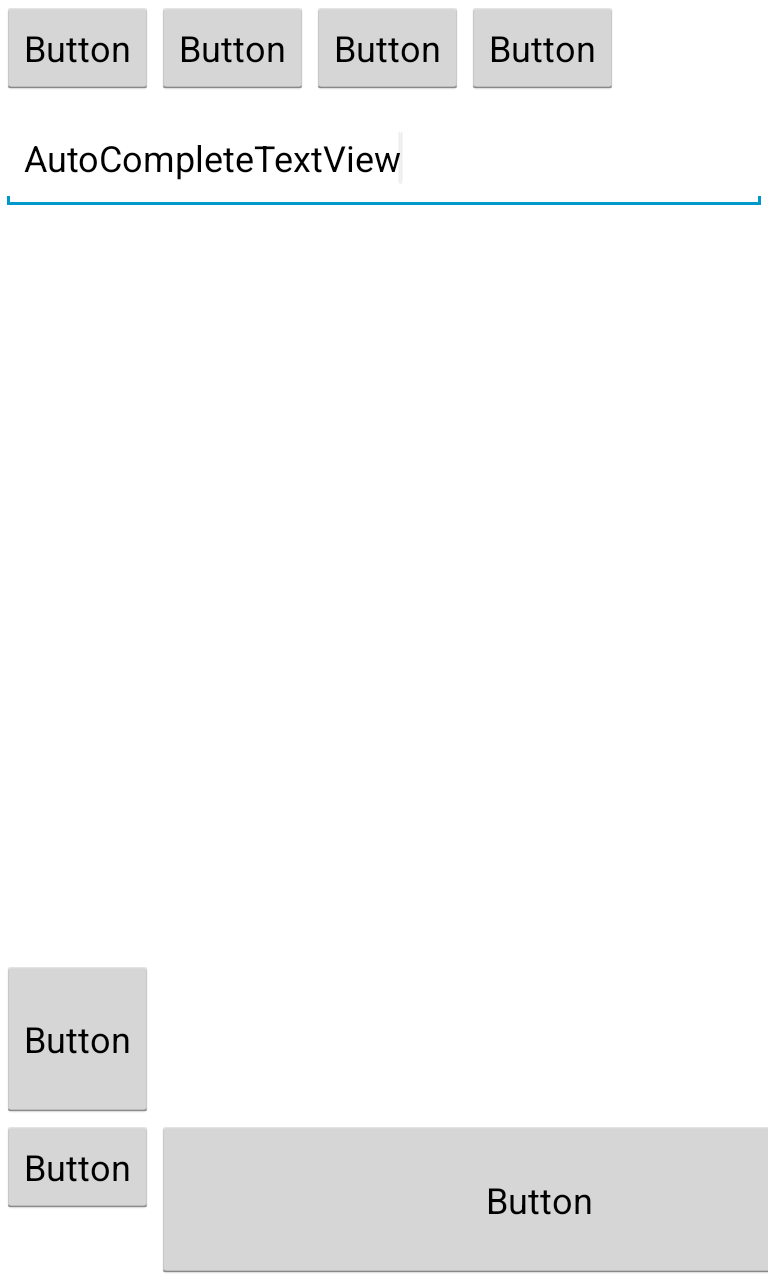
Repository: thinhnk55/android-appshare
Layout: ShareApp/res/layout/activity_main.xml
The author's editor kept a copy of each file at every save. The layout is drawn from the files as they stood at one save, then again after the next save.
It is drawn on a 768 x 1280 px phone screen (xhdpi) without system bars, with theme AppTheme; the app's code is not run.

Above is the layout before, as saved 2014-07-01 16:27:48.

After the next save:
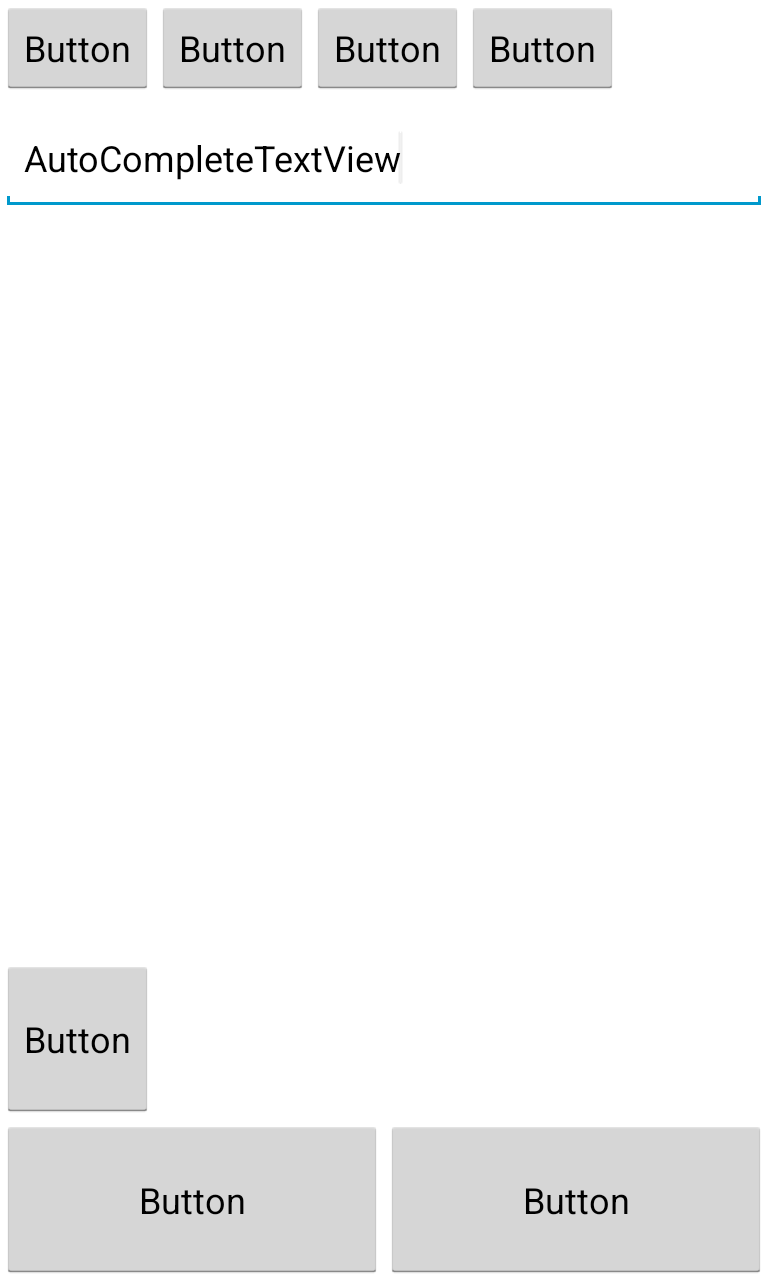
Saved 11 s later.
--- a/ShareApp/res/layout/activity_main.xml
+++ b/ShareApp/res/layout/activity_main.xml
@@ -88,8 +88,8 @@
 
             <Button
                 android:id="@+id/button7"
-                android:layout_width="match_parent"
                 android:layout_height="match_parent"
+                android:layout_weight="10"
                 android:text="Button" />
 
         </LinearLayout>
